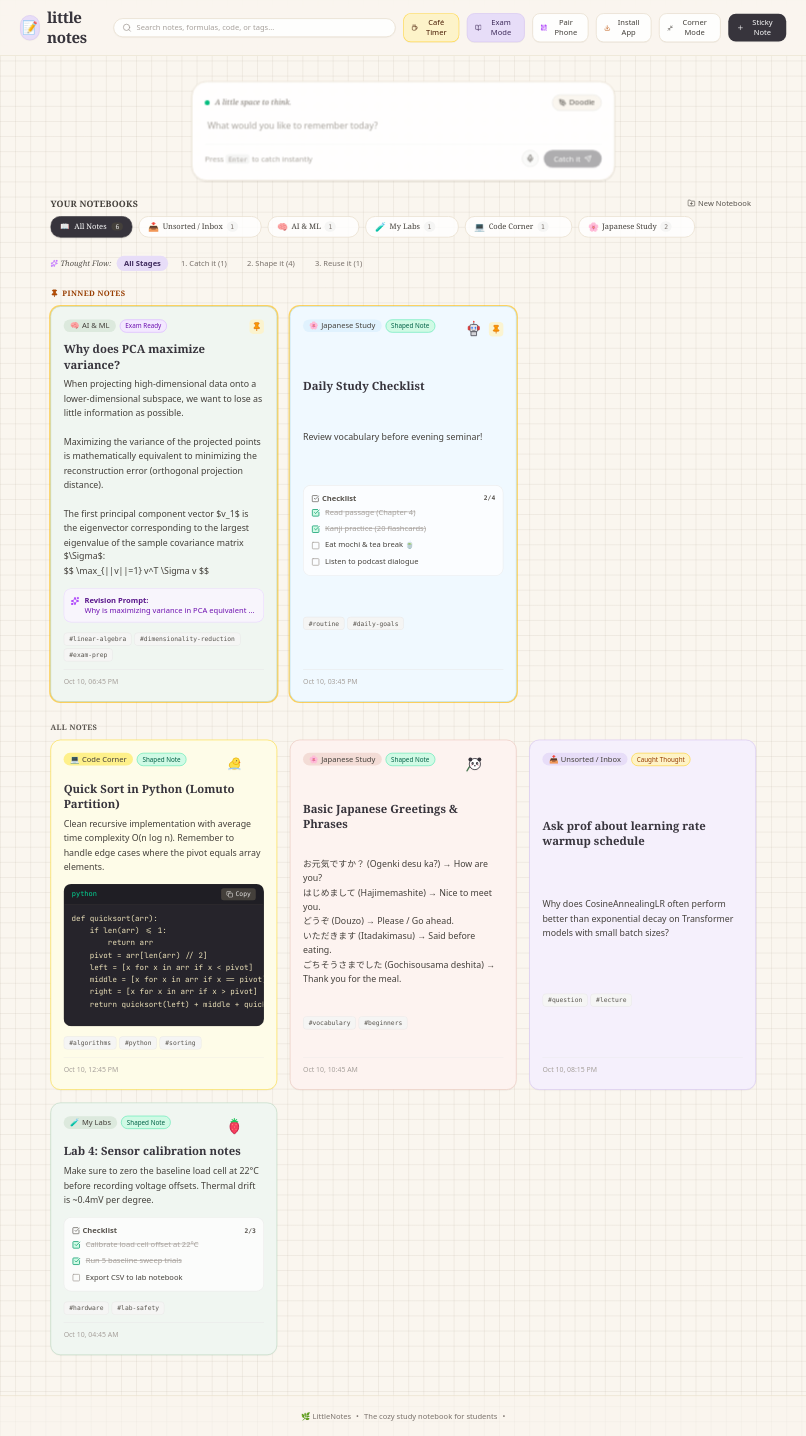
Repository: NourImen-cloud/LittleNotes
Page: /
The author's editor kept a copy of each file at every save. The page is drawn from the files as they stood at one save, then again after the next save.
The browser window is 1280 px wide. The pictures show the whole page, at 63% of full size.
Some web fonts or font styles are not loaded; a fallback is used. The project was rebuilt for these pictures with package versions that can differ from the ones it lists, and the page was loaded fresh each time. Also part of the build but not shown: vite.config.ts, src/components/StickyNotePickerModal.tsx, src/components/EditNoteModal.tsx, src/components/RevisionModal.tsx, src/utils/audio.ts, src/components/StudyTimerModal.tsx, src/components/DoodleCanvasModal.tsx.

Above is the page before, as saved 2026-10-12 09:10:56.

### index.html
<!doctype html>
<html lang="en">
  <head>
    <meta charset="UTF-8" />
    <link rel="icon" type="image/svg+xml" href="/favicon.svg" />
    <meta name="viewport" content="width=device-width, initial-scale=1.0" />
    <title>LittleNotes — A Cozy Notebook for Students</title>
    <meta name="theme-color" content="#FAF6EF" />
    <meta name="description" content="A cozy, private sticky note and study companion for students." />
    <link rel="apple-touch-icon" href="/apple-touch-icon.png" />
    <meta name="apple-mobile-web-app-capable" content="yes" />
    <meta name="apple-mobile-web-app-status-bar-style" content="default" />
    <meta name="apple-mobile-web-app-title" content="LittleNotes" />
    <link rel="preconnect" href="https://fonts.googleapis.com">
    <link rel="preconnect" href="https://fonts.gstatic.com" crossorigin>
    <link href="https://fonts.googleapis.com/css2?family=Inter:wght@300;400;500;600;700&family=JetBrains+Mono:wght@400;500;600&family=Lora:ital,wght@0,400;0,500;0,600;1,400&family=Gaegu:wght@400;700&display=swap" rel="stylesheet">
  </head>
  <body class="bg-[#FAF6EF] text-[#37343C] antialiased selection:bg-[#E7DDF8] selection:text-[#37343C]">
    <div id="root"></div>
    <script type="module" src="/src/main.tsx"></script>
  </body>
</html>

### src/index.css
@import "tailwindcss";

@layer base {
  :root {
    --bg-paper: #FAF6EF;
    --color-ink: #37343C;
    --color-lilac: #E7DDF8;
    --color-sage: #DCE9DD;
    --color-blush: #F3DCD6;
    --color-butter: #FEF3C7;
    --color-sky: #E0F2FE;
  }

  body {
    background-color: var(--bg-paper);
    color: var(--color-ink);
    font-family: 'Inter', system-ui, -apple-system, sans-serif;
    margin: 0;
    min-height: 100vh;
  }

  h1, h2, h3, .font-serif {
    font-family: 'Lora', Georgia, serif;
  }

  code, pre, .font-mono {
    font-family: 'JetBrains Mono', monospace;
  }

  .font-handwriting {
    font-family: 'Gaegu', cursive, sans-serif;
  }
}

/* Cozy Notebook Graph / Grid Paper texture */
.grid-paper-bg {
  background-color: #FAF6EF;
  background-image:
    linear-gradient(to right, rgba(200, 190, 175, 0.22) 1px, transparent 1px),
    linear-gradient(to bottom, rgba(200, 190, 175, 0.22) 1px, transparent 1px);
  background-size: 24px 24px;
}

.grid-paper-dense {
  background-color: #FAF6EF;
  background-image:
    linear-gradient(to right, rgba(200, 190, 175, 0.18) 1px, transparent 1px),
    linear-gradient(to bottom, rgba(200, 190, 175, 0.18) 1px, transparent 1px);
  background-size: 16px 16px;
}

.ruled-paper-bg {
  background-color: #FAF6EF;
  background-image: linear-gradient(to bottom, transparent 27px, rgba(200, 190, 175, 0.25) 28px);
  background-size: 100% 28px;
}

/* Custom soft scrollbar */
::-webkit-scrollbar {
  width: 7px;
  height: 7px;
}
::-webkit-scrollbar-track {
  background: transparent;
}
::-webkit-scrollbar-thumb {
  background: rgba(55, 52, 60, 0.15);
  border-radius: 9999px;
}
::-webkit-scrollbar-thumb:hover {
  background: rgba(55, 52, 60, 0.28);
}

### src/data/initialData.ts
import type { Notebook, Note } from '../types';

export const INITIAL_NOTEBOOKS: Notebook[] = [
  {
    id: 'inbox',
    name: 'Unsorted / Inbox',
    color: '#E7DDF8',
    icon: '📥',
    description: 'Catch quick thoughts here before organizing.',
  },
  {
    id: 'ai-ml',
    name: 'AI & ML',
    color: '#DCE9DD',
    icon: '🧠',
    description: 'Machine Learning theory, linear algebra, and neural nets.',
  },
  {
    id: 'my-labs',
    name: 'My Labs',
    color: '#F3DCD6',
    icon: '🧪',
    description: 'Weekly lab experiments, observations, and benchmarks.',
  },
  {
    id: 'code-corner',
    name: 'Code Corner',
    color: '#FEF3C7',
    icon: '💻',
    description: 'Useful algorithms, snippets, and terminal recipes.',
  },
  {
    id: 'japanese',
    name: 'Japanese Study',
    color: '#E0F2FE',
    icon: '🌸',
    description: 'Grammar notes, kanji drills, and conversational phrases.',
  },
];

export const INITIAL_NOTES: Note[] = [
  {
    id: 'note-1',
    title: 'Why does PCA maximize variance?',
    content: `When projecting high-dimensional data onto a lower-dimensional subspace, we want to lose as little information as possible.

Maximizing the variance of the projected points is mathematically equivalent to minimizing the reconstruction error (orthogonal projection distance).

The first principal component vector $v_1$ is the eigenvector corresponding to the largest eigenvalue of the sample covariance matrix $\\Sigma$:
$$ \\max_{||v||=1} v^T \\Sigma v $$`,
    createdAt: new Date(Date.now() - 3600000 * 4).toISOString(),
    updatedAt: new Date(Date.now() - 3600000 * 2).toISOString(),
    notebookId: 'ai-ml',
    color: 'sage',
    styleType: 'classic',
    stage: 'reuse',
    isPinned: true,
    tags: ['linear-algebra', 'dimensionality-reduction', 'exam-prep'],
    revisionQuestion: 'Why is maximizing variance in PCA equivalent to minimizing projection error?',
    revisionAnswer: 'By the Pythagorean theorem, the total variance of a data point is split into the variance along the projection subspace and the squared distance to it. Since total variance is constant, maximizing variance along the projection directly minimizes projection error.',
  },
  {
    id: 'note-2',
    title: 'Daily Study Checklist',
    content: 'Review vocabulary before evening seminar!',
    createdAt: new Date(Date.now() - 3600000 * 12).toISOString(),
    updatedAt: new Date(Date.now() - 3600000 * 5).toISOString(),
    notebookId: 'japanese',
    color: 'sky',
    styleType: 'checklist',
    kawaiiSticker: 'robot',
    stage: 'shape',
    isPinned: true,
    tags: ['routine', 'daily-goals'],
    checklist: [
      { id: 'c-1', text: 'Read passage (Chapter 4)', done: true },
      { id: 'c-2', text: 'Kanji practice (20 flashcards)', done: true },
      { id: 'c-3', text: 'Eat mochi & tea break 🍵', done: false },
      { id: 'c-4', text: 'Listen to podcast dialogue', done: false },
    ],
  },
  {
    id: 'note-3',
    title: 'Quick Sort in Python (Lomuto Partition)',
    content: 'Clean recursive implementation with average time complexity O(n log n). Remember to handle edge cases where the pivot equals array elements.',
    createdAt: new Date(Date.now() - 3600000 * 24).toISOString(),
    updatedAt: new Date(Date.now() - 3600000 * 8).toISOString(),
    notebookId: 'code-corner',
    color: 'butter',
    styleType: 'code',
    kawaiiSticker: 'duck',
    stage: 'shape',
    isPinned: false,
    tags: ['algorithms', 'python', 'sorting'],
    codeBlock: {
      language: 'python',
      code: `def quicksort(arr):
    if len(arr) <= 1:
        return arr
    pivot = arr[len(arr) // 2]
    left = [x for x in arr if x < pivot]
    middle = [x for x in arr if x == pivot]
    right = [x for x in arr if x > pivot]
    return quicksort(left) + middle + quicksort(right)

# Test run
print(quicksort([3, 6, 8, 10, 1, 2, 1]))`,
    },
  },
  {
    id: 'note-4',
    title: 'Basic Japanese Greetings & Phrases',
    content: `お元気ですか？ (Ogenki desu ka?) → How are you?
はじめまして (Hajimemashite) → Nice to meet you.
どうぞ (Douzo) → Please / Go ahead.
いただきます (Itadakimasu) → Said before eating.
ごちそうさまでした (Gochisousama deshita) → Thank you for the meal.`,
    createdAt: new Date(Date.now() - 3600000 * 30).toISOString(),
    updatedAt: new Date(Date.now() - 3600000 * 10).toISOString(),
    notebookId: 'japanese',
    color: 'blush',
    styleType: 'kawaii',
    kawaiiSticker: 'panda',
    stage: 'shape',
    isPinned: false,
    tags: ['vocabulary', 'beginners'],
  },
  {
    id: 'note-5',
    title: 'Ask prof about learning rate warmup schedule',
    content: 'Why does CosineAnnealingLR often perform better than exponential decay on Transformer models with small batch sizes?',
    createdAt: new Date(Date.now() - 1800000).toISOString(),
    updatedAt: new Date(Date.now() - 1800000).toISOString(),
    notebookId: 'inbox',
    color: 'lilac',
    styleType: 'classic',
    stage: 'catch',
    isPinned: false,
    tags: ['question', 'lecture'],
  },
  {
    id: 'note-6',
    title: 'Lab 4: Sensor calibration notes',
    content: 'Make sure to zero the baseline load cell at 22°C before recording voltage offsets. Thermal drift is ~0.4mV per degree.',
    createdAt: new Date(Date.now() - 3600000 * 48).toISOString(),
    updatedAt: new Date(Date.now() - 3600000 * 16).toISOString(),
    notebookId: 'my-labs',
    color: 'sage',
    styleType: 'checklist',
    kawaiiSticker: 'strawberry',
    stage: 'shape',
    isPinned: false,
    tags: ['hardware', 'lab-safety'],
    checklist: [
      { id: 'l-1', text: 'Calibrate load cell offset at 22°C', done: true },
      { id: 'l-2', text: 'Run 5 baseline sweep trials', done: true },
      { id: 'l-3', text: 'Export CSV to lab notebook', done: false },
    ],
  },
];

### src/components/Header.tsx
import React from 'react';
import {
  Search,
  BookOpen,
  Plus,
  Coffee,
  QrCode,
  Minimize2,
  Maximize2,
  Download,
} from 'lucide-react';

interface Props {
  searchQuery: string;
  onSearchChange: (q: string) => void;
  paperTexture: 'grid' | 'ruled' | 'clean';
  onTextureChange: (t: 'grid' | 'ruled' | 'clean') => void;
  isNightMode: boolean;
  onToggleNightMode: () => void;
  onOpenTemplates: () => void;
  onOpenRevision: () => void;
  onOpenTimer: () => void;
  onOpenSync: () => void;
  isPaired: boolean;
  isWidgetMode: boolean;
  onToggleWidgetMode: () => void;
  onOpenInstall: () => void;
  onPrintGuide: () => void;
  onExportNotes: () => void;
  onImportNotes: () => void;
}

export const Header: React.FC<Props> = ({
  searchQuery,
  onSearchChange,
  isNightMode,
  onOpenTemplates,
  onOpenRevision,
  onOpenTimer,
  onOpenSync,
  isPaired,
  isWidgetMode,
  onToggleWidgetMode,
  onOpenInstall,
  onPrintGuide: _onPrintGuide,
  onExportNotes: _onExportNotes,
  onImportNotes: _onImportNotes,
}) => {
  return (
    <header className={`sticky top-0 z-30 ${isNightMode ? 'bg-[#211E26]/90 border-stone-800' : 'bg-[#FAF6EF]/90 border-[#E8DFC9]'} backdrop-blur-md border-b px-4 sm:px-8 py-3 transition-colors print:hidden`}>
      <div className="max-w-7xl mx-auto flex flex-col md:flex-row items-center justify-between gap-3">
        {/* Brand & Tagline */}
        <div className="flex items-center justify-between w-full md:w-auto">
          <div className="flex items-center gap-3">
            <div className={`w-10 h-10 rounded-2xl ${isNightMode ? 'bg-[#3A3347] border-[#4E4461]' : 'bg-[#E7DDF8] border-[#D8C6F2]'} border flex items-center justify-center text-xl shadow-xs`}>
              📝
            </div>
            <div>
              <h1 className={`text-xl sm:text-2xl font-serif font-bold ${isNightMode ? 'text-amber-100' : 'text-[#37343C]'} tracking-tight m-0`}>
                little notes
              </h1>
            </div>
          </div>

          {/* Mobile Action Buttons */}
          <div className="flex items-center gap-1.5 md:hidden">
            <button
              onClick={onToggleWidgetMode}
              className={`p-2 rounded-xl border transition ${
                isWidgetMode
                  ? 'bg-purple-100 text-purple-900 border-purple-300'
                  : 'bg-white/90 border-stone-200 text-stone-600'
              }`}
              title={isWidgetMode ? 'Full View' : 'Corner Widget Mode'}
            >
              {isWidgetMode ? <Maximize2 size={16} /> : <Minimize2 size={16} />}
            </button>
            <button
              onClick={onOpenInstall}
              className="p-2 rounded-xl bg-amber-50 text-amber-900 border border-amber-200"
              title="Install App"
            >
              <Download size={16} />
            </button>
            <button
              onClick={onOpenSync}
              className={`p-2 rounded-xl border transition ${
                isPaired
                  ? 'bg-emerald-100 text-emerald-800 border-emerald-300'
                  : 'bg-purple-100 text-purple-900 border-purple-200'
              }`}
              title="Device Sync / QR Code"
            >
              <QrCode size={16} />
            </button>
            <button
              onClick={onOpenTimer}
              className="p-2 rounded-xl bg-amber-100 text-amber-900"
              title="Study Timer"
            >
              <Coffee size={16} />
            </button>
            <button
              onClick={onOpenTemplates}
              className="p-2 rounded-xl bg-[#37343C] text-white shadow-xs"
              title="Add Sticky Note"
            >
              <Plus size={16} />
            </button>
          </div>
        </div>

        {/* Search Bar */}
        <div className="relative w-full md:max-w-md">
          <Search size={15} className="absolute left-3.5 top-1/2 -translate-y-1/2 text-stone-400" />
          <input
            type="text"
            value={searchQuery}
            onChange={(e) => onSearchChange(e.target.value)}
            placeholder="Search notes, formulas, code, or tags..."
            className={`w-full ${isNightMode ? 'bg-[#2B2733] border-stone-700 text-amber-100 placeholder:text-stone-500' : 'bg-white/90 border-[#E3D8C6] text-stone-800 placeholder:text-stone-400'} border rounded-full pl-9 pr-4 py-1.5 text-xs focus:outline-hidden focus:border-stone-500 focus:ring-1 focus:ring-stone-500 shadow-xs`}
          />
          {searchQuery && (
            <button
              onClick={() => onSearchChange('')}
              className="absolute right-3 top-1/2 -translate-y-1/2 text-xs text-stone-400 hover:text-stone-700"
            >
              ✕
            </button>
          )}
        </div>



          {/* Café Timer */}
          <button
            onClick={onOpenTimer}
            className="flex items-center gap-1.5 px-3 py-1.5 rounded-xl bg-amber-100/90 hover:bg-amber-200/90 text-amber-950 text-xs font-medium border border-amber-300/80 transition shadow-2xs cursor-pointer"
            title="Cozy Study Timer & Ambient Lo-Fi Rain"
          >
            <Coffee size={14} />
            <span className="hidden sm:inline">Café Timer</span>
          </button>

          {/* Active Recall / Revision Mode */}
          <button
            onClick={onOpenRevision}
            className="flex items-center gap-1.5 px-3 py-1.5 rounded-xl bg-[#E7DDF8] hover:bg-[#D8C6F2] text-[#3E2B5A] text-xs font-medium border border-[#D8C6F2] transition shadow-2xs cursor-pointer"
            title="Step 3: Revision & Exam Prep"
          >
            <BookOpen size={14} />
            <span className="hidden sm:inline">Exam Mode</span>
          </button>

          {/* Device Sync & QR Pairing */}
          <button
            onClick={onOpenSync}
            className={`flex items-center gap-1.5 px-3 py-1.5 rounded-xl text-xs font-medium border transition shadow-2xs cursor-pointer ${
              isPaired
                ? 'bg-emerald-50 text-emerald-800 border-emerald-300 hover:bg-emerald-100'
                : 'bg-white/90 text-stone-700 border-[#E4D9C7] hover:bg-white'
            }`}
            title="Sync Phone & PC via QR Code"
          >
            <QrCode size={14} className={isPaired ? 'text-emerald-600' : 'text-purple-600'} />
            <span className="hidden sm:inline">{isPaired ? 'Device Synced' : 'Pair Phone'}</span>
          </button>

          {/* Install App Button */}
          <button
            onClick={onOpenInstall}
            className="flex items-center gap-1.5 px-3 py-1.5 rounded-xl text-xs font-medium border border-[#E4D9C7] bg-white/90 hover:bg-white text-stone-700 transition shadow-2xs cursor-pointer"
            title="Install LittleNotes App (Desktop / Phone)"
          >
            <Download size={13} className="text-amber-700" />
            <span className="hidden sm:inline">Install App</span>
          </button>

          {/* Corner Sticky Widget Mode Toggle */}
          <button
            onClick={onToggleWidgetMode}
            className={`flex items-center gap-1.5 px-3 py-1.5 rounded-xl text-xs font-medium border transition shadow-2xs cursor-pointer ${
              isWidgetMode
                ? 'bg-purple-100 text-purple-900 border-purple-300 font-semibold'
                : 'bg-white/90 text-stone-700 border-[#E4D9C7] hover:bg-white'
            }`}
            title={isWidgetMode ? 'Expand to Full View' : 'Corner Sticky Widget Mode (small floating window)'}
          >
            {isWidgetMode ? <Maximize2 size={13} /> : <Minimize2 size={13} />}
            <span className="hidden lg:inline">{isWidgetMode ? 'Full View' : 'Corner Mode'}</span>
          </button>
          {/* Add Sticky Note button */}
          <button
            onClick={onOpenTemplates}
            className="hidden md:flex items-center gap-1.5 px-3.5 py-1.5 rounded-xl bg-[#37343C] hover:bg-stone-800 text-white text-xs font-medium transition shadow-xs cursor-pointer"
          >
            <Plus size={14} />
            <span>Sticky Note</span>
          </button>


        </div>


  </header>
  )
}

### src/utils/theme.ts
import type { NoteColor, ThoughtStage } from '../types';

export interface ColorScheme {
  bg: string;
  border: string;
  badge: string;
  text: string;
  headerBg: string;
}

export const NOTE_COLORS: Record<NoteColor, ColorScheme> = {
  paper: {
    bg: '#FAF6EF',
    border: '#E8DFC9',
    badge: '#EFE8D6',
    text: '#37343C',
    headerBg: '#F3ECDE',
  },
  lilac: {
    bg: '#F5F0FC',
    border: '#D8C6F2',
    badge: '#E7DDF8',
    text: '#352D42',
    headerBg: '#ECE2F9',
  },
  sage: {
    bg: '#F0F6F1',
    border: '#BED9C2',
    badge: '#DCE9DD',
    text: '#28382C',
    headerBg: '#E2EFE3',
  },
  blush: {
    bg: '#FDF3F0',
    border: '#ECC9C0',
    badge: '#F3DCD6',
    text: '#432C28',
    headerBg: '#F8E3DD',
  },
  butter: {
    bg: '#FEFCE8',
    border: '#FDE047',
    badge: '#FEF08A',
    text: '#423311',
    headerBg: '#FEF08A',
  },
  sky: {
    bg: '#F0F9FF',
    border: '#BAE6FD',
    badge: '#E0F2FE',
    text: '#1E3A5F',
    headerBg: '#E0F2FE',
  },
  peach: {
    bg: '#FFF7ED',
    border: '#FED7AA',
    badge: '#FFEDD5',
    text: '#43281C',
    headerBg: '#FFEDD5',
  },
};

export const STAGE_META: Record<
  ThoughtStage,
  { label: string; step: string; badgeClass: string; desc: string }
> = {
  catch: {
    label: 'Caught Thought',
    step: 'Step 1: Catch it',
    badgeClass: 'bg-amber-100 text-amber-800 border-amber-300',
    desc: 'Quick capture from lecture or impulse',
  },
  shape: {
    label: 'Shaped Note',
    step: 'Step 2: Shape it',
    badgeClass: 'bg-emerald-100 text-emerald-800 border-emerald-300',
    desc: 'Enriched with code, checklist, or tags',
  },
  reuse: {
    label: 'Exam Ready',
    step: 'Step 3: Reuse it',
    badgeClass: 'bg-purple-100 text-purple-800 border-purple-300',
    desc: 'Turned into revision cards or reference',
  },
};

Loaded but not shown: src/main.tsx (common file); src/components/NotebooksBar.tsx (461 lines, source omitted); src/App.tsx (504 lines, source omitted); src/components/NoteCard.tsx (287 lines, source omitted); src/components/QuickCapture.tsx (217 lines, source omitted); src/components/Stickers.tsx (145 lines, source omitted)

After the next save:
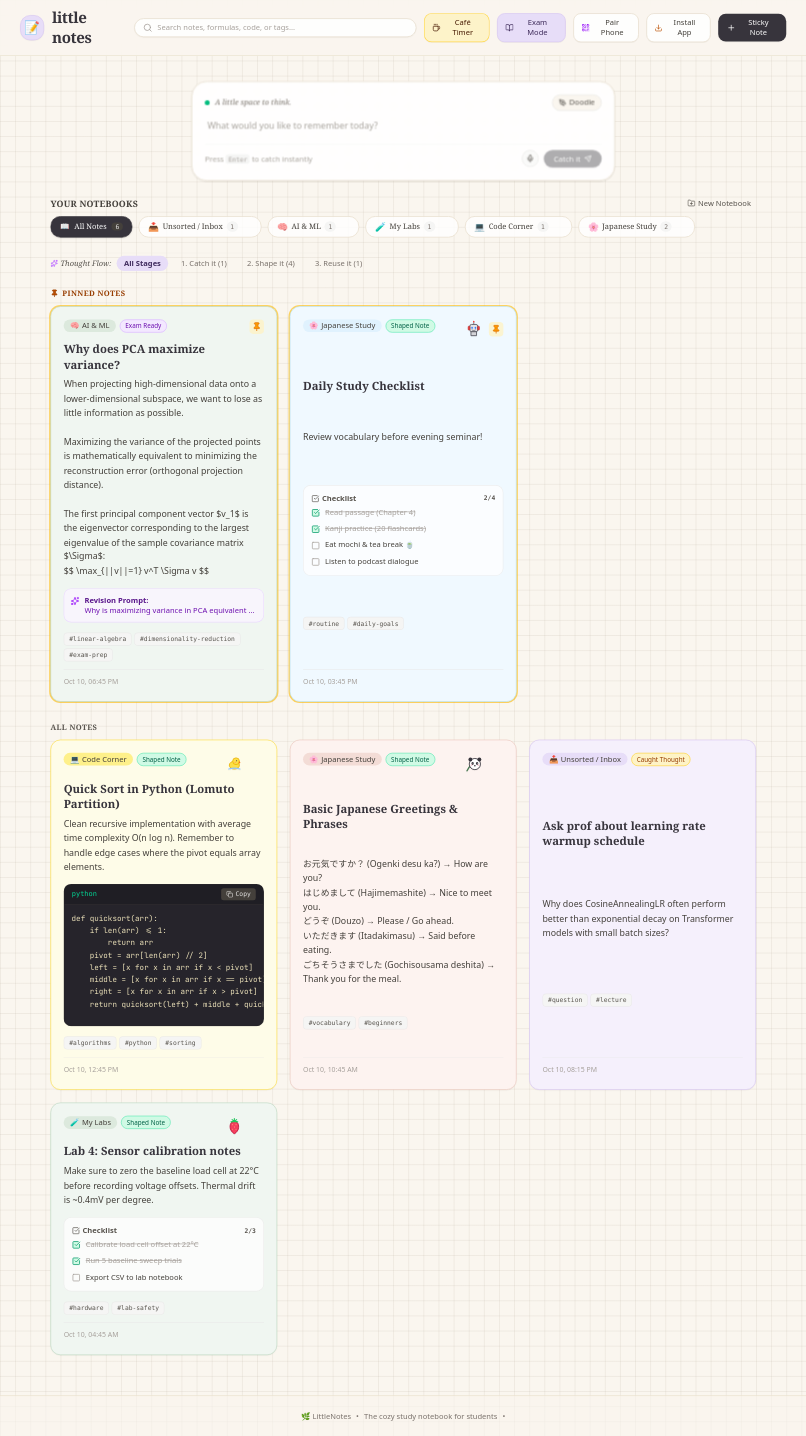
Saved 2 h 13 min later.
--- a/src/components/Header.tsx
+++ b/src/components/Header.tsx
@@ -176,19 +176,6 @@ export const Header: React.FC<Props> = ({
             <span className="hidden sm:inline">Install App</span>
           </button>
 
-          {/* Corner Sticky Widget Mode Toggle */}
-          <button
-            onClick={onToggleWidgetMode}
-            className={`flex items-center gap-1.5 px-3 py-1.5 rounded-xl text-xs font-medium border transition shadow-2xs cursor-pointer ${
-              isWidgetMode
-                ? 'bg-purple-100 text-purple-900 border-purple-300 font-semibold'
-                : 'bg-white/90 text-stone-700 border-[#E4D9C7] hover:bg-white'
-            }`}
-            title={isWidgetMode ? 'Expand to Full View' : 'Corner Sticky Widget Mode (small floating window)'}
-          >
-            {isWidgetMode ? <Maximize2 size={13} /> : <Minimize2 size={13} />}
-            <span className="hidden lg:inline">{isWidgetMode ? 'Full View' : 'Corner Mode'}</span>
-          </button>
           {/* Add Sticky Note button */}
           <button
             onClick={onOpenTemplates}
